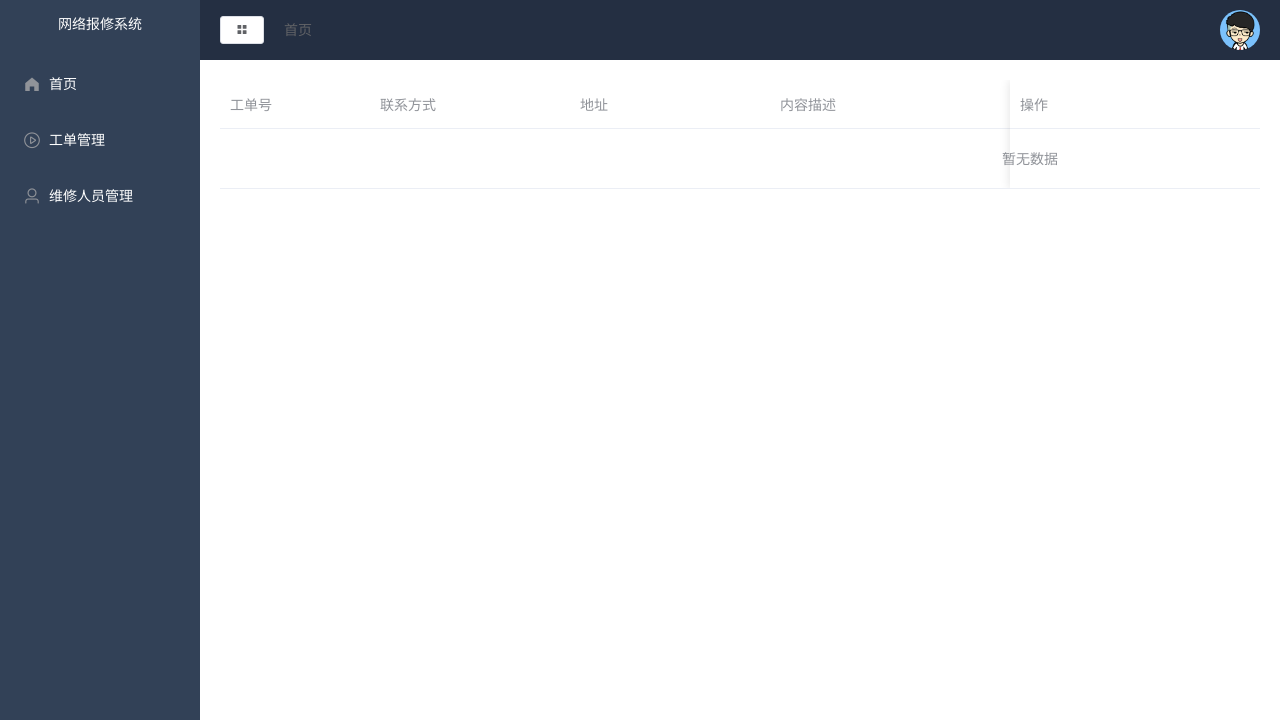
Repository: LtheW/vue
Page: /form
The author's editor kept a copy of each file at every save. The page is drawn from the files as they stood at one save, then again after the next save.
The browser window is 1280 px wide. The pictures show the whole page.
The page's requests for data from a server got no answer. The project was rebuilt for these pictures with package versions that can differ from the ones it lists, and the page was loaded fresh each time. No one was signed in, and anything a server would have sent is missing. Also part of the build but not shown: vue.config.js, src/components/CommonTag.vue, src/views/Submit.vue, src/views/Maintainer/Add.vue.

Above is the page before, as saved 2022-03-27 11:04:09.

### src/main.js
import Vue from 'vue'
import App from './App.vue'
import router from './router'
import store from './store'
//引入element ui
import ElementUI from 'element-ui';
import 'element-ui/lib/theme-chalk/index.css';
import '@/assets/scss/reset.scss' //全局样式
import Axios from 'axios';//后台交互
import Antd from 'ant-design-vue';
import 'ant-design-vue/dist/antd.css';
import 'font-awesome/scss/font-awesome.scss'
Vue.prototype.$http=Axios
//defaults 设置全局默认路径
Axios.defaults.baseURL="/"

Vue.use(ElementUI,Antd);
Vue.config.productionTip = false

new Vue({
  router,
  store,
  render: h => h(App)
}).$mount('#app')

### src/router/index.js
import Vue from 'vue'
import VueRouter from 'vue-router'
import Main from '../views/Main.vue'
import Submit from'../views/Submit.vue'
import Maintainer_Add from'../views/Maintainer/Add.vue'
Vue.use(VueRouter)

const routes = [
  {
    path:'/login',
    name:'Login',
    component:()=>import('@/views/Login')
  },
  {

    path: '/',
    name: 'Main',
    component: Main,
    children: [
      {
        path: '/',
        name: 'search',
        component: () => import('@/views/About')
      },
      {
        path: '/form',
        name: 'form',
        component: () => import('@/views/Form/Form')
      },
      {
        path: '/home',
        name: 'home',
        component: () => import('@/views/Maintainer/Maintainer')
      },
      {
        path: '/submit',
        name: 'submit',
        component: Submit,
      },
      {
        path: '/maintainer_add',
        name: 'add',
        component: Maintainer_Add,
      },
    ]
    },


]

const router = new VueRouter({
  mode:'history',
  base: process.env.BASE_URL,
  routes
})

export default router

### src/views/Main.vue
<template>
  <el-container style="height: 100%">
    <el-aside width="auto" height="100%" ><common-aside></common-aside></el-aside>
    <el-container>
      <el-header>
        <common-header></common-header>

      </el-header>
      <el-main><router-view /></el-main>
    </el-container>
  </el-container>
</template>

<script>
import CommonAside from "../components/CommonAside.vue";
import CommonHeader from "../components/CommonHeader.vue";
import CommonTag from "../components/CommonTag.vue";
export default {
  name: "Main",
  components: { CommonAside, CommonHeader, CommonTag },
};
</script>
, CommonTab
<style lang="scss" scoped>
.el-header {
  background: #242F42;
}
.el-main {
  padding-top: 20rpx;
}
</style>

### src/views/Form/Form.vue
<template>
  <el-table
    :data="tableData"
    style="width: 100%"
    max-height="100%">
    <el-table-column
      fixed
      prop="workorderNumber"
      label="工单号"
      width="150">
    </el-table-column>
    <el-table-column
      prop="contactInformation"
      label="联系方式"
      width="200">
    </el-table-column>
    <el-table-column
      prop="address"
      label="地址"
      width="200">
    </el-table-column>
    <el-table-column
      prop="workorderContent"
      label="内容描述"
      width="300">
    </el-table-column>
    <el-table-column
      prop="initiationTime"
      label="申请时间"
      width="180">
    </el-table-column>
    <el-table-column
      prop="workorderState"
      label="工单状态"
      width="160">
    </el-table-column>
    <el-table-column
      prop="updateTime"
      label="上传时间"
      width="180">
    </el-table-column>
    <el-table-column
      fixed="right"
      label="操作"
      width="250">
      <template slot-scope="scope">
        <el-button
          @click="Booking(scope.row)"
          type="primary"
          size="small">
          查看
        </el-button>
      </template>
    </el-table-column>
  </el-table>
</template>

<script>
  export default {
    methods: {
      Booking(row) {
        console.log(row.workorderNumber);
        this.$router.push({name:'submit',params: {workorderNumber:row.workorderNumber}})
      }
    },
    data() {
      return {
        tableData: [
        ],
        state:["待维修","维修中","维修完成"]
      }
    },
    created(){

      this.$http({
				url: '/api/administer/orderlist',
				method: 'get',
				headers: { 'X-Requested-With': 'XMLHttpRequest' },
			}).then(res => {
				console.log('数据接收');
        this.tableData=res.data.data;
        for(var i=0;i<this.tableData.length;i++){
          this.tableData[i].workorderState=this.state[i]
        }
        console.log(res);
			});
    }
  }
</script>

### src/store/tab.js
export default{
    state:{
        isCollapse: false
    },
    mutations:{
        collapseMenu(state){
            state.isCollapse=!state.isCollapse
        }
    }
}

### src/components/CommonAside.vue
<template>
  <el-menu
    class="el-menu-vertical-demo"
    :collapse="isCollapse"
    background-color="#324157"
    text-color="#fff"
    active-text-color="#ffd04b"
  >
    <h3 v-show="!isCollapse">网络报修系统</h3>
    <h3 v-show="isCollapse">后台</h3>
    <el-menu-item
      :index="item.path"
      v-for="item in noChildren"
      :key="item.path"
      @click="clickMenu(item)"
    >
      <i :class="'el-icon-' + item.icon"></i>
      <span slot="title">{{ item.label }}</span>
    </el-menu-item>
    <el-submenu :index="item.label" v-for="item in hasChildren" :key="item.path">
      <template slot="title">
        <i :class="'el-icon-' + item.icon"></i>
        <span slot="title">{{ item.label }}</span>
      </template>
      <el-menu-item-group>
        <el-menu-item
          :index="subItem.path"
          v-for="(subItem, subIndex) in item.children"
          :key="subIndex"
          @click="clickMenu(item)"
        >
          <i :class="'el-icon-' + subItem.icon"></i>
          <span slot="title">{{ subItem.label }}</span>
        </el-menu-item>
      </el-menu-item-group>
    </el-submenu>
  </el-menu>
</template>

<script>
export default {
  data() {
    return {
      menu: [
        {
          path: "/",
          name: "search",
          label: "首页",
          icon: "s-home",
          url: "Maintainer/Maintainer",
        },
        {
          path: "/form",
          name: "form",
          label: "工单管理",
          icon: "video-play",
          url: "Form/Form",
        },
        {
          path: "/home",
          name: "home",
          label: "维修人员管理",
          icon: "user",
          url: "Home/Home",
        },
      ],
    };
  },
  methods: {
    // handleOpen(key, keyPath) {
    //   console.log(key, keyPath);
    // },
    // handleClose(key, keyPath) {
    //   console.log(key, keyPath);
    // },
    clickMenu(item) {
      this.$router.push({ name: item.name });
      this.$store.commit("selectMenu", item);
    },
  },
  computed: {
    noChildren() {
      return this.menu.filter((item) => !item.children);
    },
    hasChildren() {
      return this.menu.filter((item) => item.children);
    },
    isCollapse() {
      return this.$store.state.tab.isCollapse;
    },
  },
};
</script>

<style lang="scss" scoped>
.el-menu {
  height: 100%;
  border: none;
  h3 {
    color: #ffffff;
    text-align: center;
    line-height: 48px;
  }
}
.el-menu-vertical-demo:not(.el-menu--collapse) {
  width: 200px;
  min-height: 100vh;
}
</style>

### src/components/CommonHeader.vue
<template>
  <header>
    <div class="l-content">
      <el-button plain icon="el-icon-menu" size="mini" @click="handleMenu"></el-button>
      <el-breadcrumb>
        <el-breadcrumb-item :to="{ path: '/' }">首页</el-breadcrumb-item>
        <el-breadcrumb-item :to="current.path" v-if="current">{{
          current.label
        }}</el-breadcrumb-item>
      </el-breadcrumb>
    </div>
    <div class="r-content">
      <el-dropdown trigger="click" size="mini">
        <span class="el-dropdown-link">
          <img :src="userImg" class="user" />
        </span>
        <el-dropdown-menu slot="dropdown">
          <el-dropdown-item>个人中心</el-dropdown-item>
          <el-dropdown-item @click.native="logOut">退出</el-dropdown-item>
        </el-dropdown-menu>
      </el-dropdown>
    </div>
  </header>
</template>

<script>
import { mapState } from "vuex";
export default {
  data() {
    return {
      userImg: require("../assets/images/user.png"),
    };
  },
  methods: {
    handleMenu() {
      this.$store.commit("collapseMenu");
    },
    logOut() {
      this.$store.commit("clearToken");
      this.$store.commit("clearMenu");
      // location.reload();
      this.$router.push("/login");
    },
  },
  computed: {
    ...mapState({
      current: (state) => state.tab.currentMenu,
    }),
  },
};
</script>

<style lang="scss" scoped>
header {
  display: flex;
  height: 100%;
  align-items: center;
  justify-content: space-between;
}

.l-content {
  display: flex;
  align-items: center;
  .el-button {
    margin-right: 20px;
  }
}

.r-content {
  .user {
    width: 40px;
    height: 40px;
    border-radius: 50%;
  }
}
</style>

<style lang="scss">
.el-breadcrumb__item {
  .el-breadcrumb__inner {
    color: #666;
    font-weight: normal;
  }
  &:last-child {
    .el-breadcrumb__inner {
      color: white;
    }
  }
}
</style>

Loaded but not shown: public/index.html (common file); src/App.vue (common file); src/store/index.js (common file); src/assets/scss/reset.scss (common file)

After the next save:
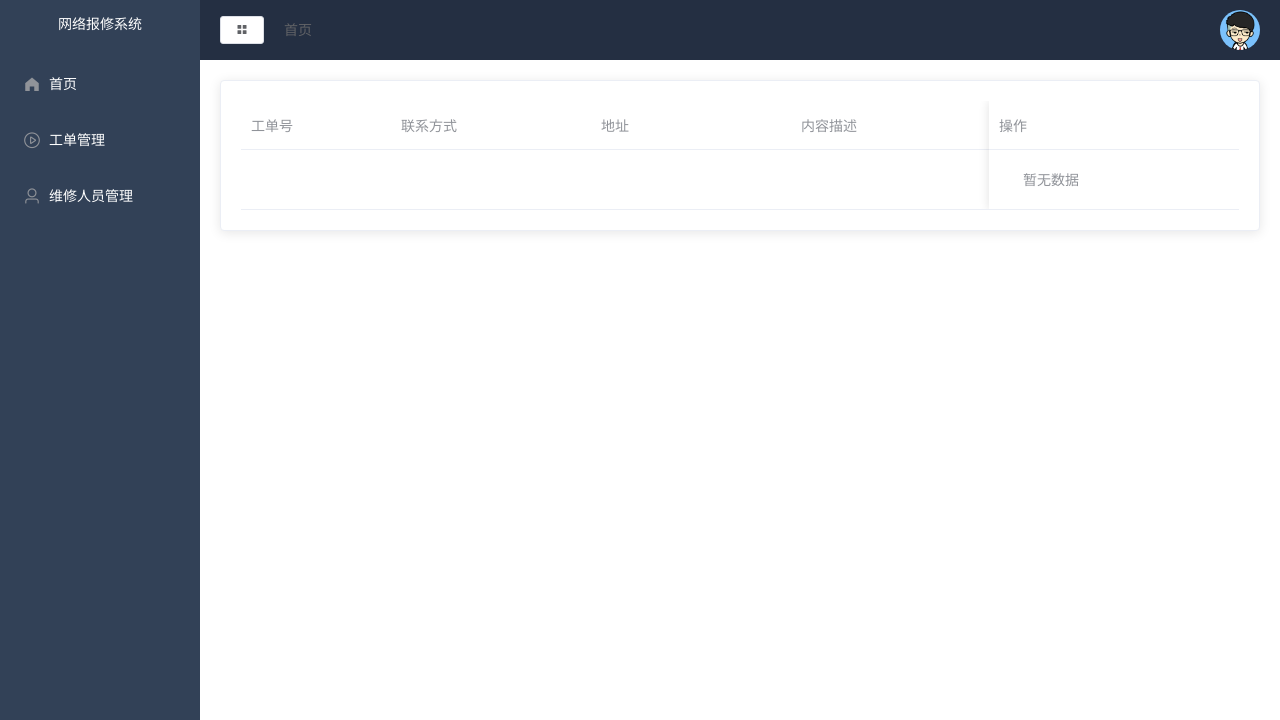
Saved 98 s later.
--- a/src/views/Form/Form.vue
+++ b/src/views/Form/Form.vue
@@ -1,4 +1,5 @@
 <template>
+<el-card>
   <el-table
     :data="tableData"
     style="width: 100%"
@@ -53,6 +54,7 @@
       </template>
     </el-table-column>
   </el-table>
+</el-card>
 </template>
 
 <script>
